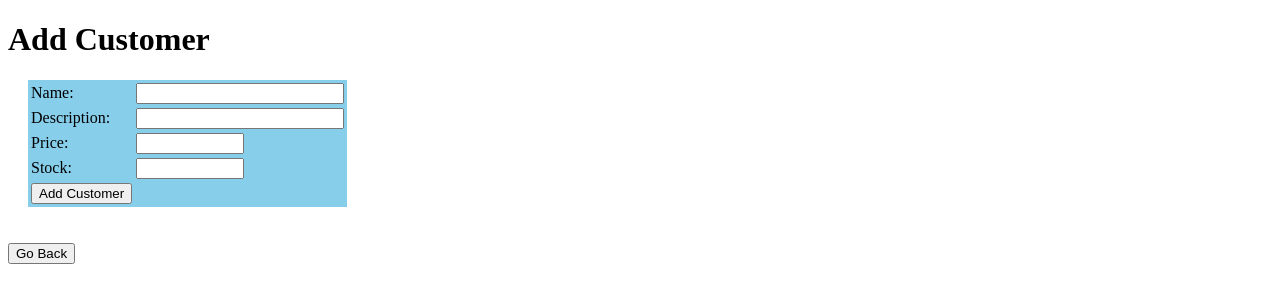
Repository: ieuqirne/Software_Architecture
Page: http://localhost/DE_Store/AddProduct.jsp
An editor plug-in stored every save of this project. The page is shown before and after the next save, followed by the edit.
The browser window is 1280 px wide. The pictures show the whole page.
The page is served by Tomcat 9. Other server files are loaded and not shown.

Above is the page before, as saved 2019-11-24 19:04:21.

### DE_Store/WebContent/AddProduct.jsp

<!DOCTYPE html>
<html>
<head>
<script>
	function goBack() {
		window.history.back()
	}
</script>
<meta charset="ISO-8859-1">
<title>Add Customer</title>
</head>
<body>
	<h1>Add Customer</h1>
	<form action=ManagerAddProduct.jsp method="post">
		<table
			style="background-color: skyblue; margin-left: 20px; margin-left: 20px;">
			<tr>
				<td>Name:</td>
				<td><input type="text" name="name" style="width: 200px"></td>
			</tr>
			<tr>
				<td>Description:</td>
				<td><input type="text" name="description" style="width: 200px"></td>
			</tr>
			<tr>
				<td>Price:</td>
				<td><input type="text" name="price" style="width: 100px"></td>
			</tr>
			<tr>
				<td>Stock:</td>
				<td><input type="text" name="price" style="width: 100px"></td>
			</tr>
			<tr>
				<td><input type="submit" value="Add Customer"></td>
			</tr>
		</table>
	</form>
	<div class="buttons-container">
		<br> <br>
		<button onclick="goBack()">Go Back</button>
	</div>
	<!--  Complete Interface addCustomer. -->
</body>
</html>

After the next save:
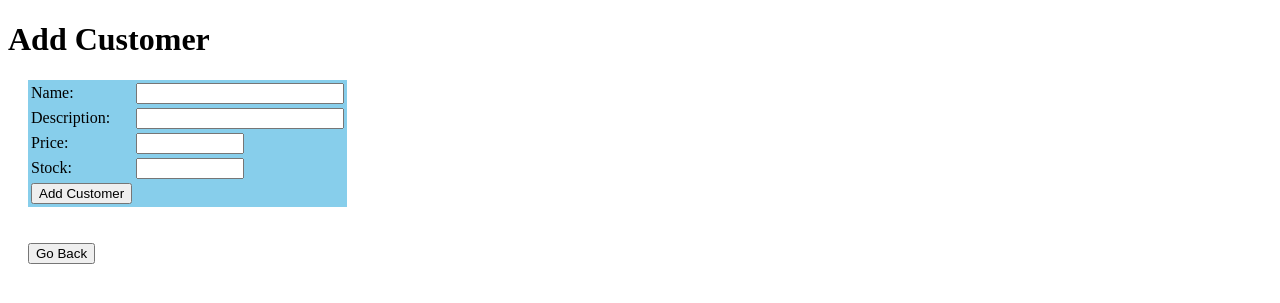
Saved 59 s later.
--- a/DE_Store/WebContent/AddProduct.jsp
+++ b/DE_Store/WebContent/AddProduct.jsp
@@ -36,7 +36,7 @@
 			</tr>
 		</table>
 	</form>
-	<div class="buttons-container">
+	<div style="margin-left:20px;" class="buttons-container" >
 		<br> <br>
 		<button onclick="goBack()">Go Back</button>
 	</div>
